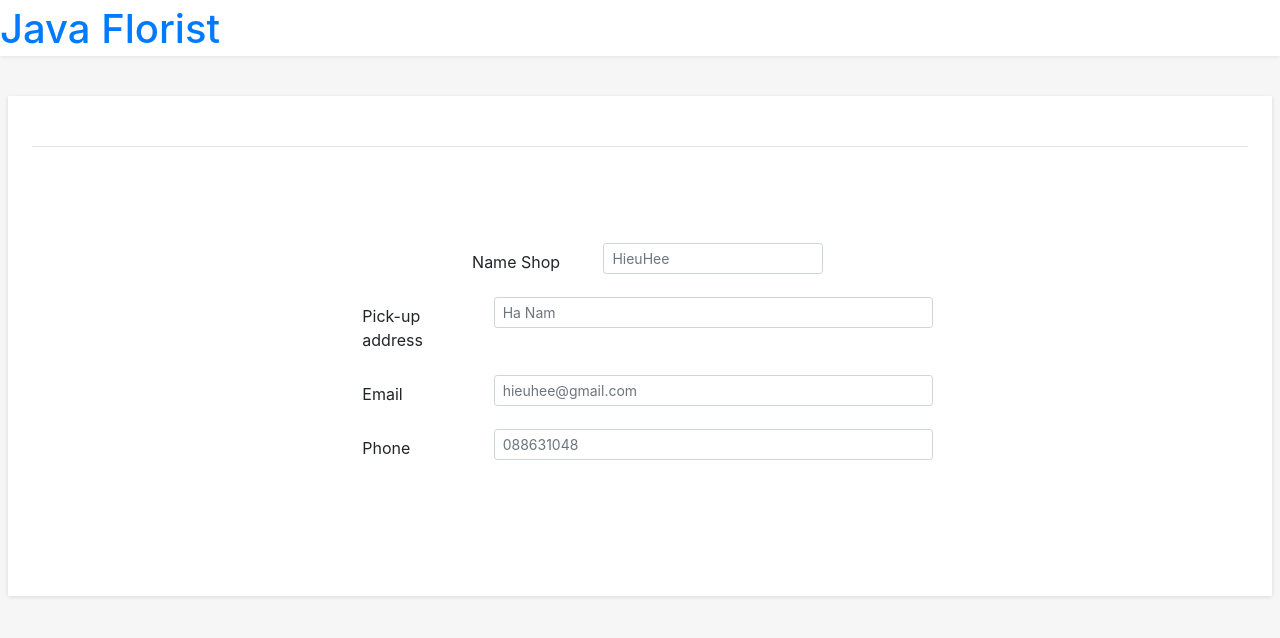
Repository: hienttm/flower-java-florist
Page: JavaFlorist/JavaFlorist/wwwroot/BecomePartner/index.html
The author's editor kept a copy of each file at every save. The page is drawn from the files as they stood at one save, then again after a run of saves.
The browser window is 1280 px wide. The pictures show the whole page.
Some web libraries are served in a nearby version.

Above is the page before, as saved 2023-12-29 18:02:41.

### JavaFlorist/JavaFlorist/wwwroot/BecomePartner/index.html
<!DOCTYPE html>
<html lang="en">
<head>
    <meta charset="UTF-8">
    <meta name="viewport" content="width=device-width, initial-scale=1.0">
    <title>Document</title>
        <!-- Google Web Fonts -->
        <link rel="preconnect" href="https://fonts.googleapis.com">
        <link rel="preconnect" href="https://fonts.gstatic.com" crossorigin>
        <link href="https://fonts.googleapis.com/css2?family=Open+Sans:wght@400;600&family=Raleway:wght@600;800&display=swap" rel="stylesheet">

        <!-- Icon Font Stylesheet -->
        <link rel="stylesheet" href="https://use.fontawesome.com/releases/v5.15.4/css/all.css" />
        <link href="https://cdn.jsdelivr.net/npm/bootstrap-icons@1.4.1/font/bootstrap-icons.css" rel="stylesheet">

            <!-- Customized Bootstrap Stylesheet -->
            <link rel="stylesheet" href="https://cdn.jsdelivr.net/npm/bootstrap@4.0.0/dist/css/bootstrap.min.css" integrity="sha384-Gn5384xqQ1aoWXA+058RXPxPg6fy4IWvTNh0E263XmFcJlSAwiGgFAW/dAiS6JXm" crossorigin="anonymous">
        <link rel="stylesheet" href="style/Partner.css">
</head>
<body>
    <!-- Spinner Start -->
    <div class="onboarding-page">
        <div class="header">
            <a asp-action="Index" asp-controller="Home" class="navbar-brand"><h1 class="text-primary display-6"> Java Florist</h1></a>
        </div>
        <div class="onboarding">
            <div class="onboarding-layout__main">
                <div class="onboarding-layout__content onboarding-layout__card">
                    <div class="flow-step-content">
                        <div class="steps-header"></div>
                        <div class="form-input">
                            <form class="p-5">
                                <div class="form-group row justify-content-center">
                                  <label for="text" class="col-sm-2 col-form-label">Name Shop</label>
                                  <div class="w-25">
                                    <input class="form-control form-control-sm" type="text" placeholder="HieuHee">
                                  </div>
                                </div>
                                <div class="form-group row justify-content-center">
                                  <label for="text" class="col-sm-2 col-form-label">Pick-up address</label>
                                  <div class="w-50">
                                    <input type="text" class="form-control form-control-sm"  placeholder="Ha Nam">
                                  </div>
                                </div>
                                <div class="form-group row justify-content-center">
                                    <label for="Email" class="col-sm-2 col-form-label">Email</label>
                                    <div class="w-50">
                                      <input type="email" class="form-control form-control-sm"  placeholder="hieuhee@gmail.com">
                                    </div>
                                  </div>
                                  <div class="form-group row justify-content-center">
                                    <label for="phone" class="col-sm-2 col-form-label">Phone</label>
                                    <div class="w-50">
                                        <input type="phone" class="form-control form-control-sm"  placeholder="088631048">
                                    </div>
                                  </div>
                              </form>
                        </div>
                    </div>

                </div>
            </div>
        </div>
    </div>


        <!-- JavaScript Libraries -->
        <script src="https://ajax.googleapis.com/ajax/libs/jquery/3.6.4/jquery.min.js"></script>
        <script src="https://cdn.jsdelivr.net/npm/bootstrap@5.0.0/dist/js/bootstrap.bundle.min.js"></script>
</body>
</html>

### JavaFlorist/JavaFlorist/wwwroot/BecomePartner/style/Partner.css
*,
*:before,
*:after {
  box-sizing: border-box;
}
* {
  margin: 0;
  padding: 0;
  font: inherit;
}
img,
picture,
svg,
video {
  display: block;
  max-width: 100%;
}
input,
select,
textarea {
  background-color: transparent;
  outline: none;
}
button {
  cursor: pointer;
  background-color: transparent;
  outline: none;
  border: 0;
}
body {
  min-height: 100vh;
  font-weight: 400;
  font-size: 16px;
  line-height: 1;
}

.onboarding-page{
    padding-top: 56px;
    min-width: 1264px;
    margin: 0 auto;
}
.header{
    position: fixed;
    top: 0;
    left: 0;
    width: 100%;
    height: 56px;
    box-shadow: 0 1px 4px 0 rgba(0,0,0,.07);
    background-color: #fff;
    z-index: 100001;
}

.navbar-brand{
    color: #CDB4DB !important;
}
.onboarding {
    min-height: calc(100vh - 56px - 40px);
    padding-bottom: 40px;
    background-color: #f6f6f6;
    }

.onboarding-layout__main {
        padding-top: 40px;
}

.onboarding-layout__card {
    width: 1264px;
    margin: 0 auto;
    height: 500px;
    background-color: #fff;
    box-shadow: 0 1px 4px 0 rgba(0,0,0,.12);
    }

    .flow-step-content{
        padding: 50px 24px;
    }
    .steps-header{
        border-bottom: 1px solid #e5e5e5;
    }

    .form-input{
        max-width: 944px;
        margin: 48px auto 40px;
        min-height: 198px;
}

After the next 6 saves:
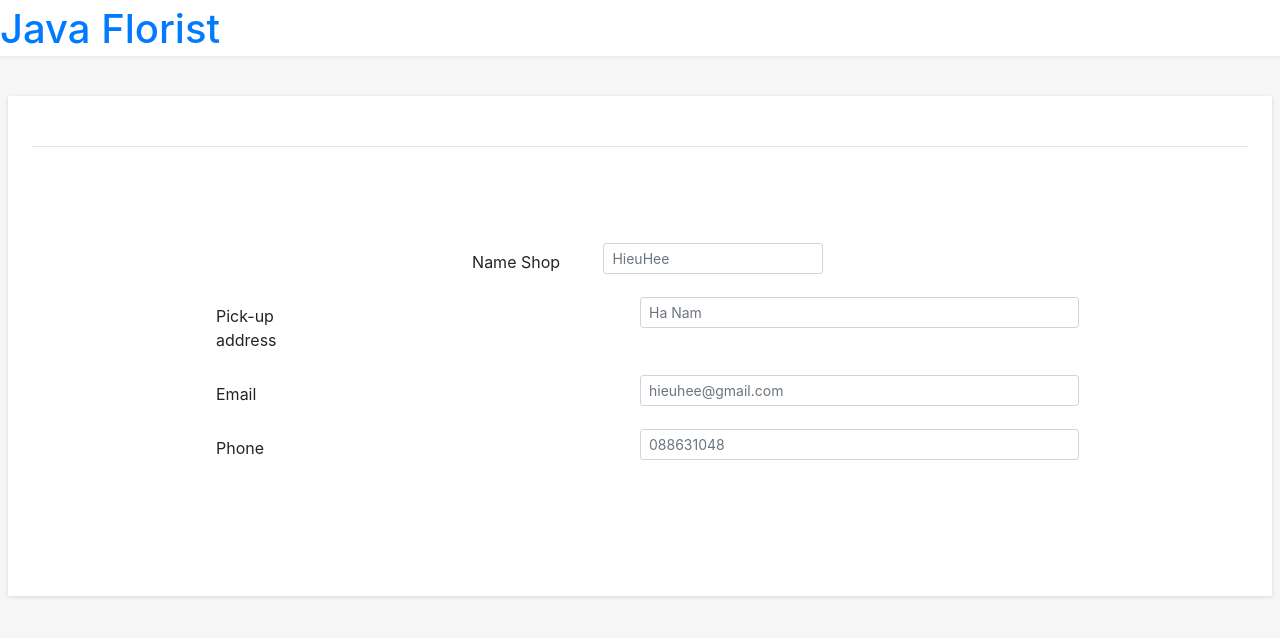
The 6 saves are shown as one change because they came seconds apart.
The last was saved 40 s later.
--- a/JavaFlorist/JavaFlorist/wwwroot/BecomePartner/index.html
+++ b/JavaFlorist/JavaFlorist/wwwroot/BecomePartner/index.html
@@ -36,19 +36,19 @@
                                     <input class="form-control form-control-sm" type="text" placeholder="HieuHee">
                                   </div>
                                 </div>
-                                <div class="form-group row justify-content-center">
+                                <div class="form-group row justify-content-between">
                                   <label for="text" class="col-sm-2 col-form-label">Pick-up address</label>
                                   <div class="w-50">
                                     <input type="text" class="form-control form-control-sm"  placeholder="Ha Nam">
                                   </div>
                                 </div>
-                                <div class="form-group row justify-content-center">
+                                <div class="form-group row justify-content-between">
                                     <label for="Email" class="col-sm-2 col-form-label">Email</label>
                                     <div class="w-50">
                                       <input type="email" class="form-control form-control-sm"  placeholder="hieuhee@gmail.com">
                                     </div>
                                   </div>
-                                  <div class="form-group row justify-content-center">
+                                  <div class="form-group row justify-content-between">
                                     <label for="phone" class="col-sm-2 col-form-label">Phone</label>
                                     <div class="w-50">
                                         <input type="phone" class="form-control form-control-sm"  placeholder="088631048">
